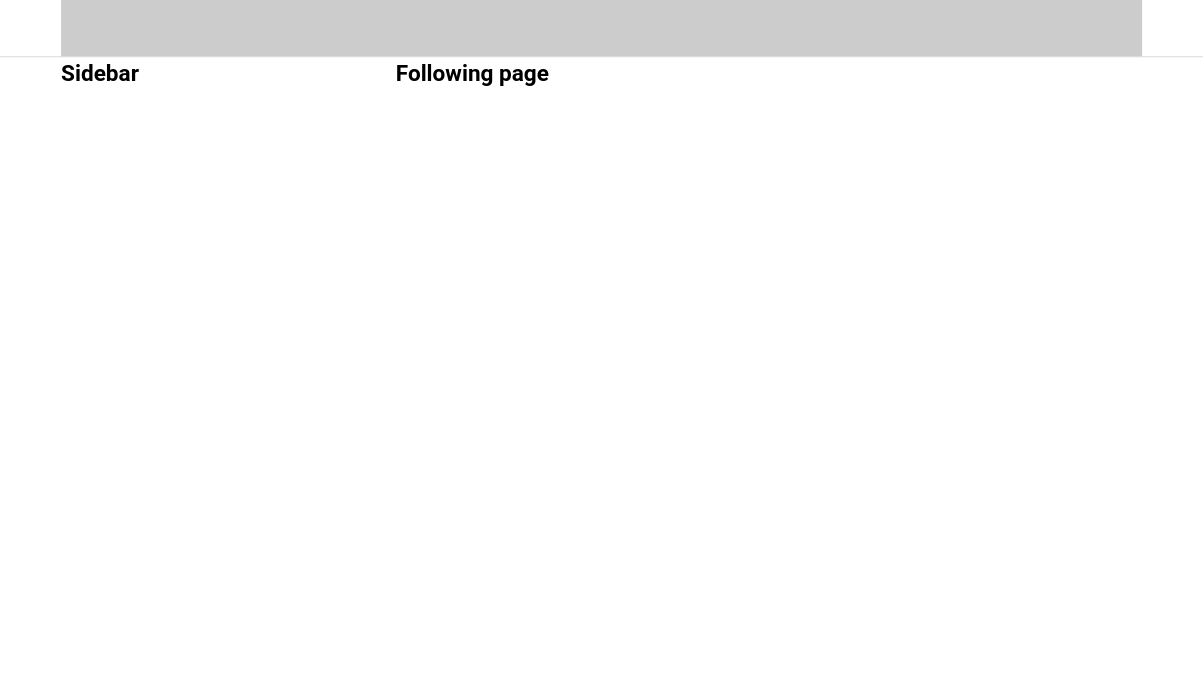
Repository: ynguyen1512/tiktok-ui
Page: /following
The author's editor kept a copy of each file at every save. The page is drawn from the files as they stood at one save, then again after the next save.
The browser window is 1280 px wide. The pictures show the whole page, at 94% of full size.
The project was rebuilt for these pictures with package versions that can differ from the ones it lists, and the page was loaded fresh each time. Also part of the build but not shown: src/pages/Home/index.js, src/pages/Profile/index.js, src/pages/Upload/index.js, src/pages/Search/index.js. Imported but missing from the stored project, and not drawn on this page: src/components/Layout/HeaderOnly.

Above is the page before, as saved 2023-07-29 20:39:17.

After the next save:
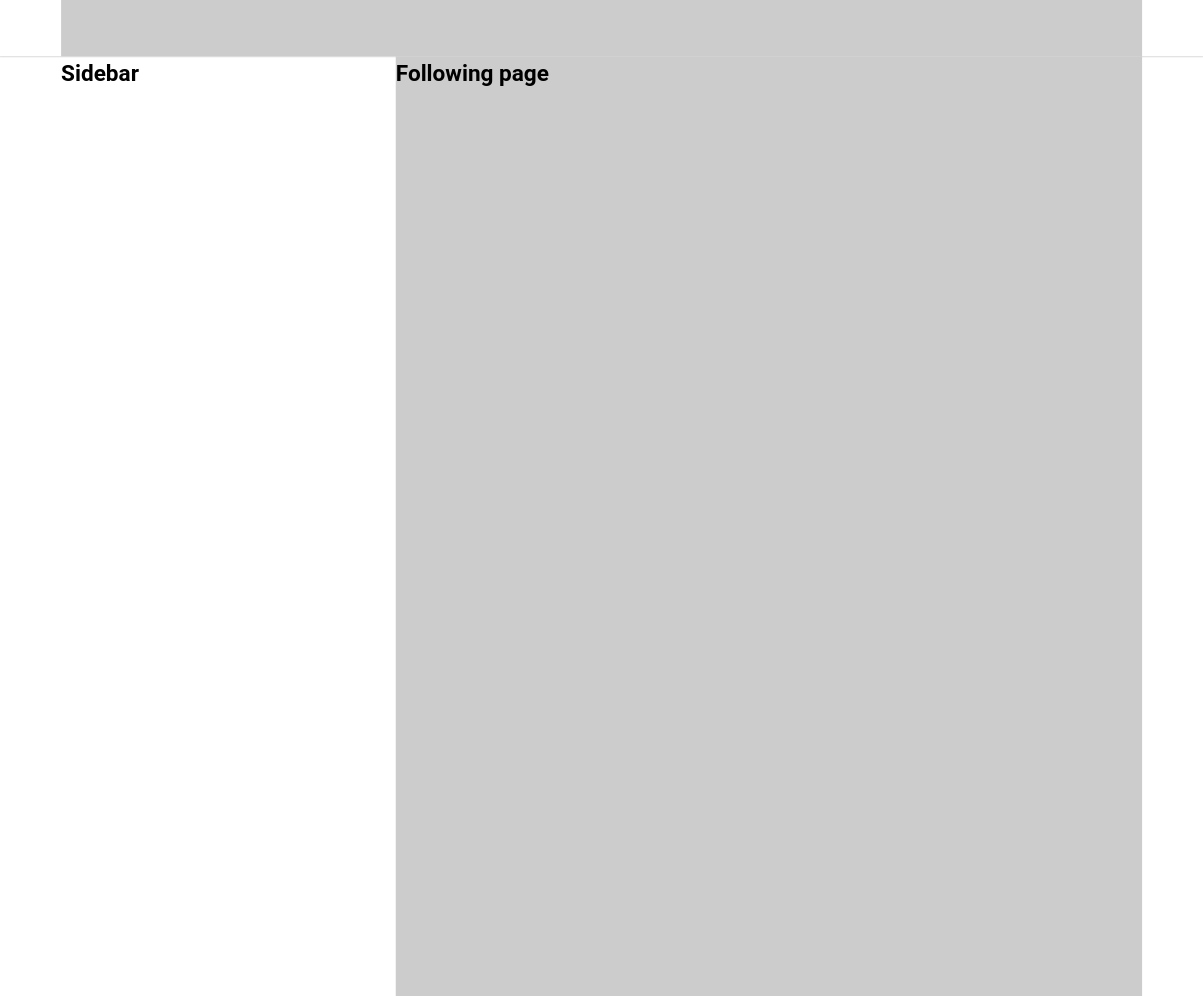
Saved 31 s later.
--- a/src/components/Layout/DefaultLayout/DefaultLayout.module.scss
+++ b/src/components/Layout/DefaultLayout/DefaultLayout.module.scss
@@ -8,3 +8,9 @@
     width: 1150px;
     display: flex;
 }
+
+.content {
+    flex: 1;
+    background-color: #ccc;
+    min-height: 1000px;
+}
